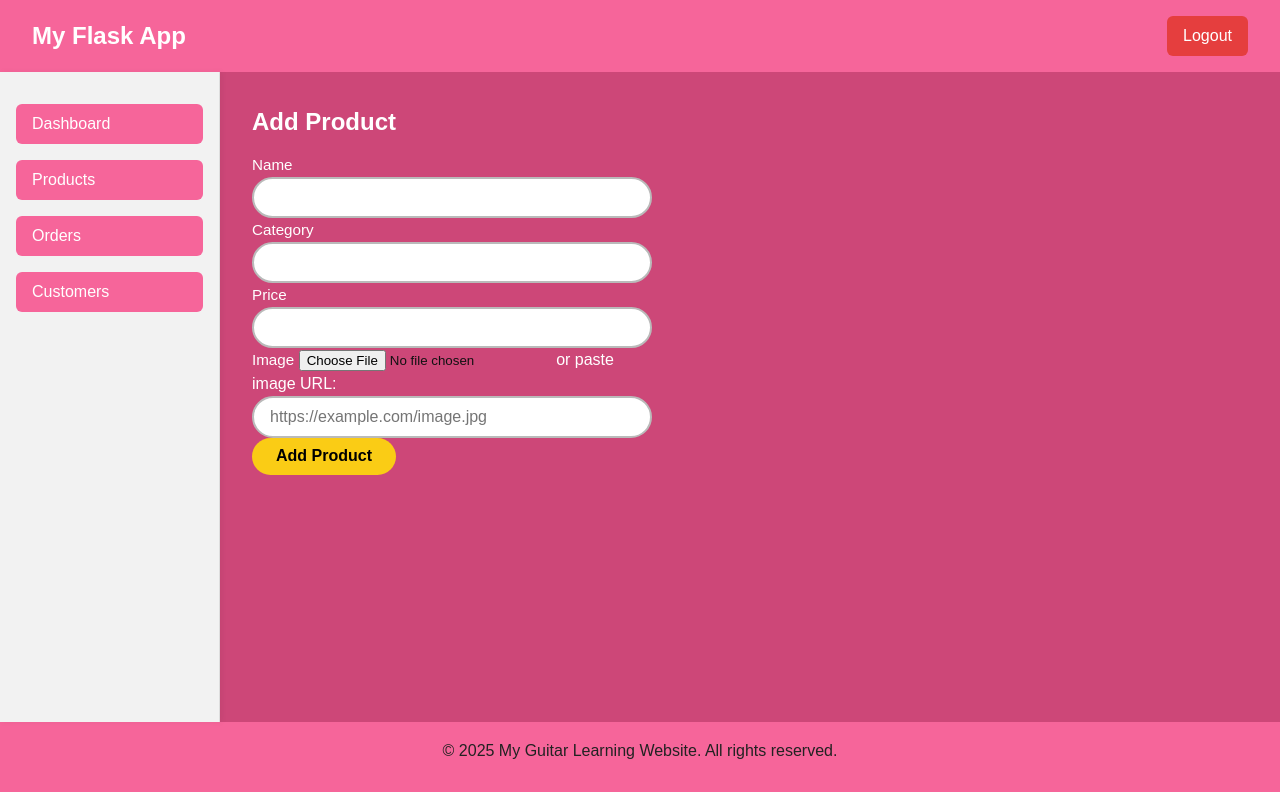
Repository: rywkoo/LearnGuitar
Page: templates/admin/addproduct.html
An editor plug-in stored every save of this project. The page is shown before and after the next save, followed by the edit.
The browser window is 1280 px wide. The pictures show the whole page.
The page is served by the project's application, run on Flask 3 (app.py). Other server files are loaded and not shown. The template is opened directly, without the code that normally fills it, so the values that code supplies are empty.

Above is the page before, as saved 2025-08-25 21:39:09.

### templates/admin/addproduct.html
{% extends "admin/admin_master.html" %}

{% block main_content %}

<div style="width: 400px;">
    <h2 style="color: white;">Add Product</h2>
        <form method="POST" enctype="multipart/form-data">
            <div class="mb-3">
                <label style="color: white;">Name</label>
                <input class="input" type="text" name="name" required>
            </div>

            <div class="mb-3">
                <label style="color: white;">Category</label>
                <input class="input" type="text" name="category" list="categories" required>
                <datalist id="categories">
                    {% for cat in categories %}
                        <option value="{{ cat }}"></option>
                    {% endfor %}
                </datalist>
            </div>

            <div class="mb-3">
                <label style="color: white;">Price</label>
                <input class="input" type="number" name="price" required>
            </div>

            <div class="mb-3">
                <label style="color: white;">Image</label>
                <input type="file" name="image_file" accept="image/*">
                <span style="color: white;">or paste image URL:</span>
                <input class="input" type="text" name="image_url" placeholder="https://example.com/image.jpg">
            </div>

            <button class="btn btn-primary" type="submit">Add Product</button>
        </form>

</div>

<script>
function toggleOtherCategory() {
    const select = document.getElementById('categorySelect');
    const otherInput = document.getElementById('categoryOther');
    if (select.value === '__other__') {
        otherInput.style.display = 'block';
    } else {
        otherInput.style.display = 'none';
        otherInput.value = '';
    }
}
</script>
{% endblock %}

### templates/admin/admin_master.html
<!DOCTYPE html>
<html lang="en">
<head>
  <meta charset="UTF-8">
  <title>{% block title %}My Flask App{% endblock %}</title>
  {% include "css.html" %}
</head>
<body style="margin:0; font-family: sans-serif;">

  <!-- ===== Navbar ===== -->
  <nav style="padding: 1rem 2rem; display: flex; justify-content: space-between; align-items: center; background: #f6659a; color:white;">
    <div class="logo" style="font-weight: 700; font-size: 1.5rem;">My Flask App</div>
    <div class="nav-links" style="display: flex; gap:5px;">
      <a href="/logout" style="padding: 0.5rem 1rem; background: #e53e3e; color:white; border-radius: 6px; text-decoration:none;">Logout</a>
    </div>
  </nav>

  <!-- ===== Layout Wrapper ===== -->
  <div style="display: flex; min-height: calc(100vh - 70px);">

    <!-- ===== Sidebar ===== -->
    <aside style="
      width: 220px;
      background: #f2f2f2;
      padding: 2rem 1rem;
      border-right: 1px solid #ddd;
      box-shadow: 2px 0 6px rgba(0,0,0,0.05);
    ">
      <nav style="display: flex; flex-direction: column; gap: 1rem;">
        <a href="/admin" style="padding: 0.5rem 1rem; border-radius: 6px; background:#f6659a; color:white; text-decoration:none;">Dashboard</a>
        <a href="/admin/products" style="padding: 0.5rem 1rem; border-radius: 6px; background:#f6659a; color:white; text-decoration:none;">Products</a>
        <a href="/admin/orders" style="padding: 0.5rem 1rem; border-radius: 6px; background:#f6659a; color:white; text-decoration:none;">Orders</a>
        <a href="/admin/customers" style="padding: 0.5rem 1rem; border-radius: 6px; background:#f6659a; color:white; text-decoration:none;">Customers</a>
      </nav>
    </aside>

    <!-- ===== Main Content ===== -->
    <main style="flex: 1; padding: 2rem;">
      {% block main_content %}
      <!-- Page content will go here -->
      {% endblock %}
    </main>

  </div>

  <!-- ===== Footer ===== -->
  <footer style="text-align: center; padding: 1rem 1rem; background: #f6659a; color:white; border-top: 1px solid #f6659a;">
    <p>&copy; 2025 My Guitar Learning Website. All rights reserved.</p>
  </footer>

  {% include "script.html" %}

  <script src="https://unpkg.com/vue@3/dist/vue.global.js"></script>
</body>
</html>

### templates/css.html
<!-- css.html -->
<link rel="stylesheet" href="{{ url_for('static', filename='css/btn.css') }}">
<link rel="stylesheet" href="{{ url_for('static', filename='css/card.css') }}">
<link rel="stylesheet" href="{{ url_for('static', filename='css/input.css') }}">
<link rel="stylesheet" href="{{ url_for('static', filename='css/typography.css') }}">
<link rel="stylesheet" href="{{ url_for('static', filename='css/style.css') }}">
<link rel="stylesheet" href="{{ url_for('static', filename='css/animation.css') }}">
<link rel="stylesheet" href="{{ url_for('static', filename='css/lesson.css') }}">
<link rel="stylesheet" href="{{ url_for('static', filename='css/shop.css') }}">

### templates/script.html
<script src="https://cdn.jsdelivr.net/npm/sweetalert2@11"></script>
<script>
  // ===== Background Slider =====
  (function() {
    const bgSlider = document.querySelector('.hero-left .hero-bg-slider');
    if (!bgSlider) return; // Exit if element doesn't exist

    const images = [
      'https://www.uk-anime.net/images/bocchimain.png',
      'https://www.cnet.com/a/img/resize/3b4b3e192a9d75bd060ba4debe8d13a14caef990/hub/2024/07/06/b6981ace-771d-4971-8a9e-60e8c83bc66e/bocchi-the-rock-photo-1.jpg?auto=webp&fit=crop&height=900&width=1200',
      'https://www.uk-anime.net/images/bocchimain.png',
      'https://www.cnet.com/a/img/resize/3b4b3e192a9d75bd060ba4debe8d13a14caef990/hub/2024/07/06/b6981ace-771d-4971-8a9e-60e8c83bc66e/bocchi-the-rock-photo-1.jpg?auto=webp&fit=crop&height=900&width=1200'
    ];

    let current = 0;

    function changeBackground() {
      bgSlider.style.backgroundImage = `url(${images[current]})`;
      current = (current + 1) % images.length;
    }

    changeBackground();
    setInterval(changeBackground, 5000);
  })();
</script>

<script>
  // ===== Quantity Adjust =====
  function adjustQty(delta) {
    const input = document.getElementById('quantityInput');
    if (!input) return; // Exit if element doesn't exist

    let value = parseInt(input.value);
    if (!isNaN(value)) {
      input.value = Math.max(1, value + delta);
    }
  }
</script>

### app.py
from flask import Flask, render_template, request, redirect, url_for, flash, session, jsonify
from flask_mail import Mail, Message
import json
import requests
from datetime import date
from dotenv import load_dotenv
import os
from reportlab.lib.pagesizes import letter
from reportlab.pdfgen import canvas

app = Flask(__name__)
app.secret_key = "741e4fa4-f067-4aec-b48d-deb18e9cca92"

import route

@app.route("/components")
def components():
    return render_template("component.html")

if __name__ == "__main__":
    app.run(debug=True)

### static/css/btn.css
.btn {
  display: inline-block;
  padding: 0.6rem 1.5rem;
  border-radius: 9999px;  /* fully rounded */
  border: none;
  cursor: pointer;
  font-weight: 600;
  text-decoration: none;
  transition: background 0.2s, box-shadow 0.2s;
  font-size: 1rem;

  /* Add shadow */
/* flat shadow downwards */
}

/* Optional: hover effect (slightly stronger shadow) */
.btn:hover {
  box-shadow: 0 3px 0 #45454576;
}

/* Primary: Yellow bg, black text */
.btn-primary {
  background: #facc15;
  color: #000;
}

/* Secondary: Blue bg, white text */
.btn-secondary {
  background: #3b82f6;
  color: #fff;
}

/* Danger: Red bg, white text */
.btn-danger {
  background: #ef4444;
  color: #fff;
}

### static/css/card.css
/* ===== Base Card Component ===== */
.card {
  border-radius: 16px;       /* rounded corners */
  padding: 1.5rem;
  margin-bottom: 1.5rem;
  transition: box-shadow 0.3s, transform 0.2s;
  color: #111;               /* default text color */
  box-shadow: 0 4px 0 #888888; /* default flat shadow */
}

.card:hover {
  transform: translateY(-2px);
  box-shadow: 0 6px 0 #888888; /* slightly longer shadow on hover */
}

/* ===== Card Variants ===== */

/* Primary - Pink */
.card-pink {
  background: #f6659a;       /* light pink */
  box-shadow: 0 4px 0 #d35c7f;
}
.card-pink:hover {
  box-shadow: 0 6px 0 #af4d6b;
}

/* Secondary - Yellow */
.card-yellow {
  background: #facc15;       /* yellow */
  box-shadow: 0 4px 0 #d4a90f;
}
.card-yellow:hover {
  box-shadow: 0 6px 0 #e0b01a;
}

/* Danger/Accent - Blue */
.card-blue {
  background: #3b82f6;       /* blue */
  color: #fff;               /* white text for contrast */
  box-shadow: 0 4px 0 #2563eb;
}
.card-blue:hover {
  box-shadow: 0 6px 0 #1d4ed8;
}

/* Card header */
.card h2 {
  font-size: 1.25rem;
  margin-bottom: 0.8rem;
}

/* Card paragraph/text */
.card p {
  font-size: 1rem;
}

### static/css/input.css
/* ===== Input Fields ===== */
* {
  margin: 0;
  padding: 0;
  box-sizing: border-box; /* ensures padding is included in width */
}


.input {
  width: 100%;
  padding: 0.6rem 1rem;
  border: 2px solid #bababa;   /* gray border matching shadow */
  border-radius: 9999px;       /* fully rounded, like buttons */
  background: #ffffff;         /* very light pink background */
  font-size: 1rem;
  outline: none;
  transition: border-color 0.2s, box-shadow 0.2s;
  color: #111;                 /* dark text */
}

### static/css/typography.css
/* ===== Global Text Settings ===== */
body {
  font-family: 'Segoe UI', Tahoma, Geneva, Verdana, sans-serif;
  color: #111;       /* dark text for readability */
  line-height: 1.5;
  background: #fffafc; /* subtle light background */
}

/* ===== Headings ===== */
h1 {
  font-size: 2rem;
  font-weight: 700;
  margin-bottom: 1rem;
  color: #111;
}

h2 {
  font-size: 1.5rem;
  font-weight: 600;
  margin-bottom: 0.8rem;
  color: #111;
}

h3 {
  font-size: 1.25rem;
  font-weight: 500;
  margin-bottom: 0.6rem;
  color: #111;
}

/* ===== Paragraphs ===== */
p {
  font-size: 1rem;
  margin-bottom: 0.8rem;
  color: #222;  /* slightly lighter than headings */
}

/* ===== Labels ===== */
label {
  font-size: 0.95rem;
  font-weight: 500;
  color: #111;
}

/* ===== Links ===== */
a {
  text-decoration: none;
  transition: color 0.2s;
}

a:hover {
  text-decoration: none;
}

/* ===== Small Text ===== */
small {
  font-size: 0.85rem;
  color: #ffffff;
}

/* ===== Button Text ===== */
.btn {
  font-family: inherit; /* use same font as body */
  font-weight: 600;
  font-size: 1rem;
  text-align: center;
}

### static/css/style.css
body {
    background-color: #cd4778;
}

### static/css/animation.css

/* Animate background position horizontally */
@keyframes slideBg {
  0% { background-position: 0% center; }
  25% { background-position: 100% center; }
  50% { background-position: 200% center; }
  75% { background-position: 300% center; }
  100% { background-position: 400% center; }
}

### static/css/lesson.css
/* ===== Lesson Cards ===== */
.lesson-card {
  display: flex;
  align-items: center;
  gap: 1rem;
  padding: 1rem 1.5rem;
  border-radius: 16px;
  box-shadow: 0 4px 0 #888888; /* flat shadow downward */
  background: #fff;
  transition: transform 0.2s, box-shadow 0.2s;
}

.lesson-card:hover {
  transform: translateY(-3px);
  box-shadow: 0 6px 0 #666666;
}

/* Lesson image on the left */
.lesson-image img {
  width: 100px;
  height: 100px;
  object-fit: cover;
  border-radius: 8px;
}

/* Title in the middle */
.lesson-title {
  flex: 1;
  font-size: 1.2rem;
  color: #111;
}

/* Button on the right */
.lesson-action .btn {
  padding: 0.5rem 1.2rem;
  font-size: 1rem;
}

/* Optional: responsive for small screens */
@media (max-width: 600px) {
  .lesson-card {
    flex-direction: column;
    align-items: flex-start;
  }
  .lesson-action {
    width: 100%;
    margin-top: 0.5rem;
  }
}

### static/css/shop.css
/* ===== Shop Container ===== */
.shop-container {
  display: flex;
  gap: 2rem;
  padding: 2rem;
  max-width: 1400px;    /* limit width */
  margin: 0 auto;       /* center horizontally */
  box-sizing: border-box;
}

/* ===== Shop Sidebar ===== */
.shop-sidebar {
  width: 400px;
  flex-shrink: 0;
  background: #f5f5f5;
  padding: 1.5rem;
  border-radius: 16px;
  box-shadow: 0 4px 0 #ccc;
  display: flex;
  flex-direction: column;
  gap: 1.5rem;
  position: sticky;
  top: 1rem;
  height: fit-content;
}

/* Sidebar headings */
.shop-sidebar h3 {
  font-size: 1.1rem;
  font-weight: 600;
  color: #111;
  margin-bottom: 0.5rem;
}

/* Inputs inside sidebar */
.shop-sidebar input[type="text"],
.shop-sidebar input[type="checkbox"] {
  margin-bottom: 0.5rem;
}

/* Checkbox labels */
.shop-sidebar label {
  display: flex;
  align-items: center;
  gap: 0.5rem;
  font-size: 0.9rem;
  color: #111;
  cursor: pointer;
}

/* Filter button */
.shop-sidebar .btn-filter {
  background: #3b82f6;
  color: #fff;
  padding: 0.6rem 1rem;
  border-radius: 12px;
  font-weight: 600;
  border: none;
  cursor: pointer;
  transition: background 0.2s, box-shadow 0.2s;
}
.shop-sidebar .btn-filter:hover {
  background: #2563eb;
  box-shadow: 0 3px 0 #666;
}

/* ===== Shop Products Grid ===== */
.shop-products {
  display: grid;
  grid-template-columns: repeat(auto-fill, minmax(250px, 1fr));
  gap: 1rem;
  flex: 1;
}

/* ===== Shop / Instrument Card ===== */
.shop-card {
  display: flex;
  flex-direction: column;
  align-items: center;
  gap: 0.5rem;
  padding: 1rem;
  border-radius: 16px;
  box-shadow: 0 4px 0 #888;
  background: #fff;
  transition: transform 0.2s, box-shadow 0.2s;
}
.shop-card:hover {
  transform: translateY(-3px);
  box-shadow: 0 6px 0 #666;
}

/* Category badge */
.shop-card .shop-category {
  padding: 0.2rem 0.6rem;
  border-radius: 12px;
  background-color: #facc15;
  color: #111;
  font-size: 0.8rem;
  font-weight: 600;
  text-transform: uppercase;
}

/* Instrument image */
.shop-card img {
  width: 100%;
  aspect-ratio: 1 / 1;
  object-fit: cover;
  border-radius: 12px;
}

/* Instrument title */
.shop-card .shop-title {
  font-size: 1.1rem;
  font-weight: 600;
  text-align: center;
  color: #111;
}

/* Price */
.shop-card .shop-price {
  font-size: 1rem;
  font-weight: 500;
  color: #444;
}

/* Add to Cart button */
.shop-card .btn-add {
  padding: 0.5rem 1rem;
  margin-top: 0.5rem;
  width: 100%;
  text-align: center;
  border-radius: 12px;
}

/* ===== Responsive adjustments ===== */
@media (max-width: 992px) {
  .shop-container {
    flex-direction: column;
  }

  .shop-sidebar {
    width: 100%;
    position: relative;
    top: auto;
    box-shadow: none;
    border-radius: 0;
    padding: 1rem 0;
  }

  .shop-products {
    grid-template-columns: repeat(auto-fill, minmax(200px, 1fr));
  }
}

After the next save:
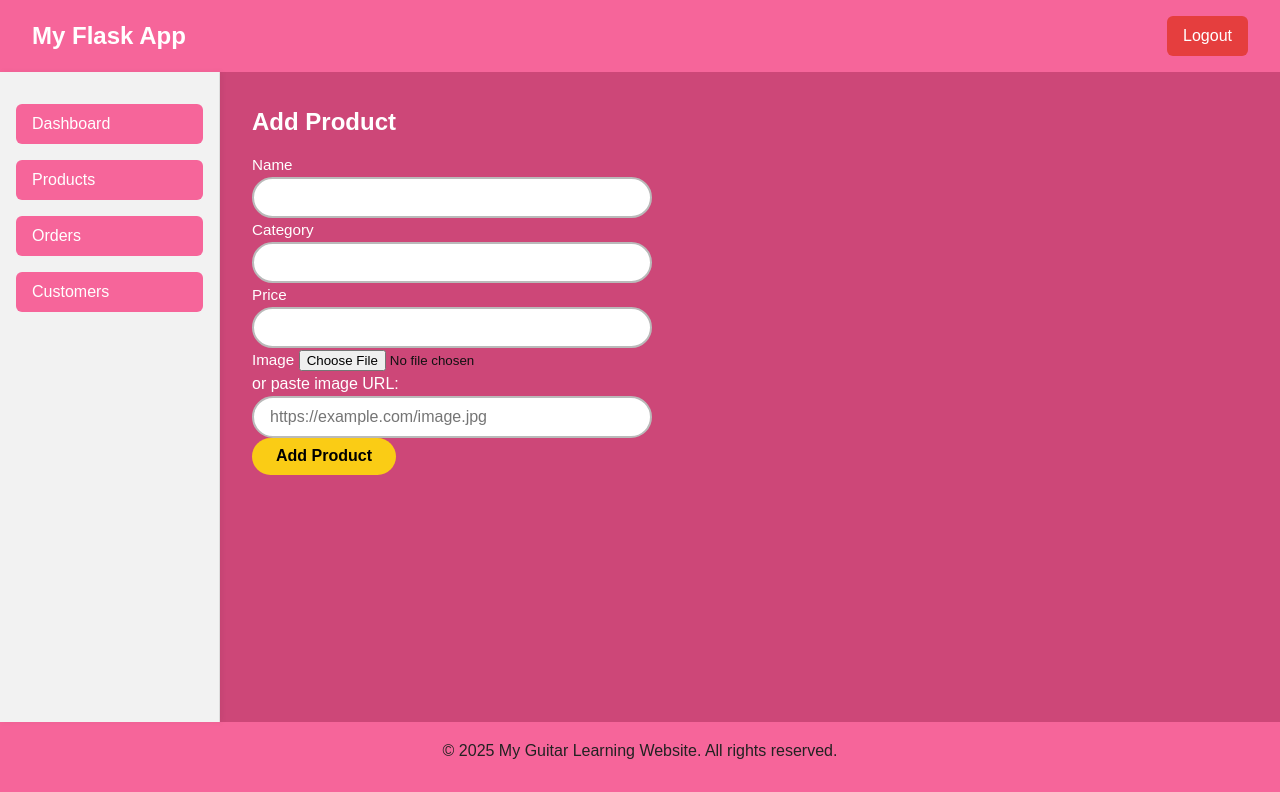
Saved 17 s later.
--- a/templates/admin/addproduct.html
+++ b/templates/admin/addproduct.html
@@ -27,7 +27,7 @@
 
             <div class="mb-3">
                 <label style="color: white;">Image</label>
-                <input type="file" name="image_file" accept="image/*">
+                <input type="file" name="image_file" accept="image/*"></br>
                 <span style="color: white;">or paste image URL:</span>
                 <input class="input" type="text" name="image_url" placeholder="https://example.com/image.jpg">
             </div>
